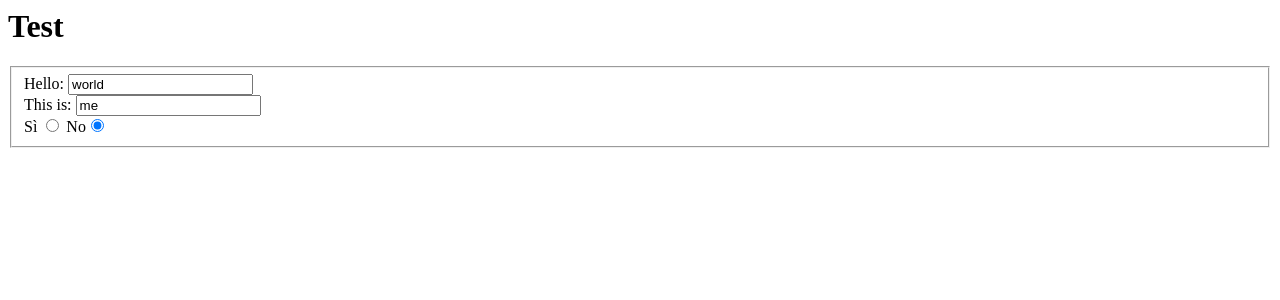
Repository: DannyProjects/PdfEditor
Page: pdf-editor/src/main/resources/html/form.html
An editor plug-in stored every save of this project. The page is shown before and after the next save, followed by the edit.
The browser window is 1280 px wide. The pictures show the whole page.

Above is the page before, as saved 2018-07-01 19:57:19.

After the next save:
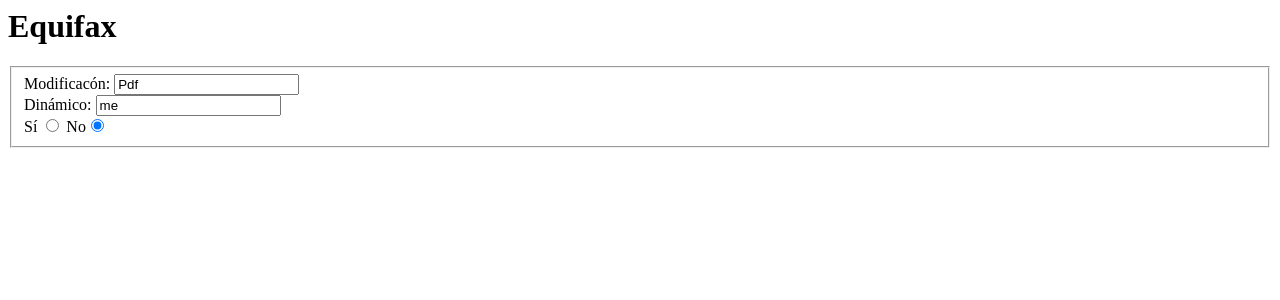
Saved 118 s later.
--- a/pdf-editor/src/main/resources/html/form.html
+++ b/pdf-editor/src/main/resources/html/form.html
@@ -1,12 +1,12 @@
 <html>
 <head><title>Test</title></head>
 <body>
-<h1>Test</h1>
+<h1>Equifax</h1>
 <form>
 <fieldset>
-Hello: <input type="text" name="place" value="world"><br>
-This is: <input type="text" name="who" value="me"><br>
-Sì <input type="radio" value="S" name="test" checked="checked"  >
+Modificacón: <input type="text" name="place" value="Pdf"><br>
+Dinámico: <input type="text" name="who" value="me"><br>
+Sí <input type="radio" value="S" name="test" checked="checked"  >
 No<input type="radio" value="N" name="test" checked="checked"  >
 </fieldset>
 </form>
